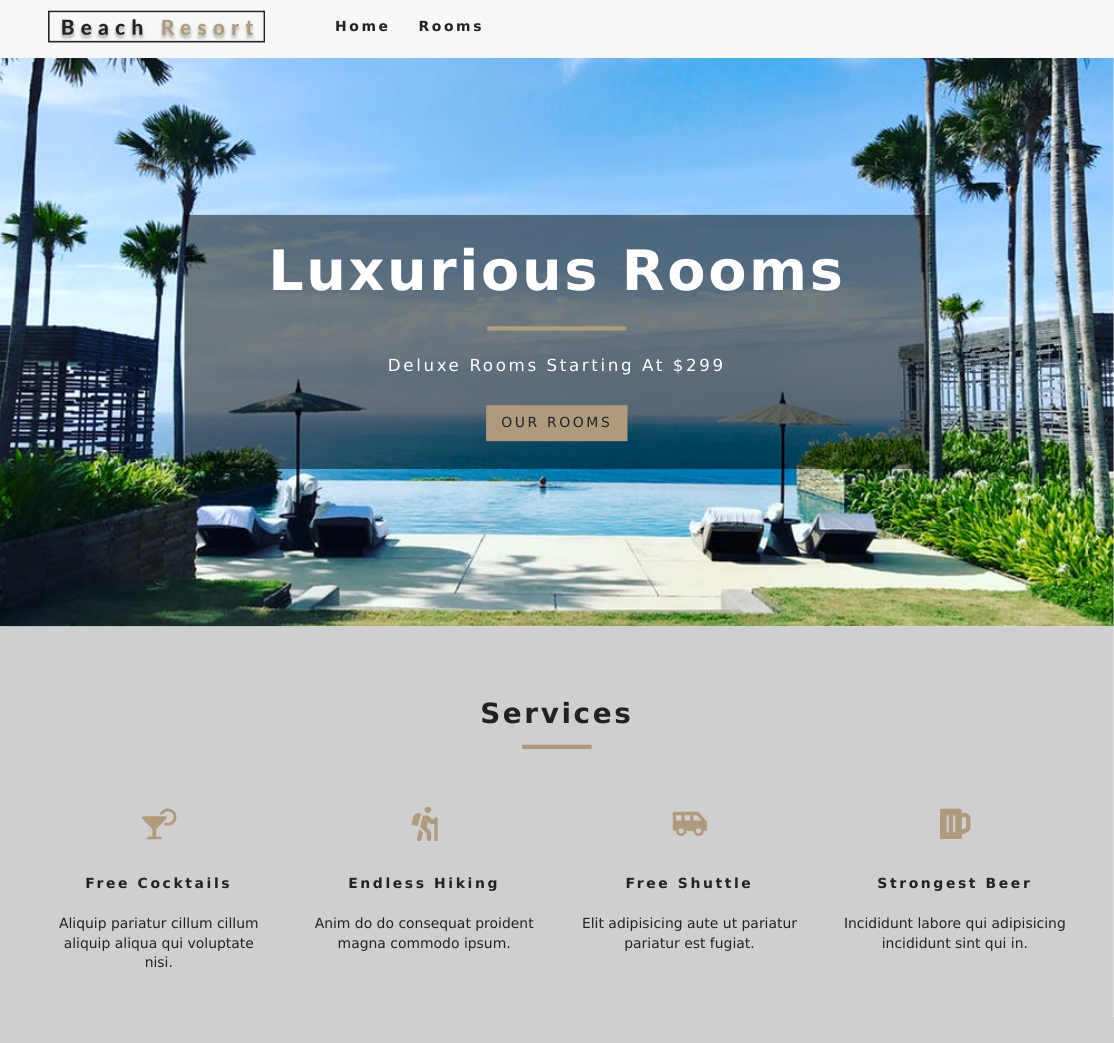
Repository: thanhn379/react-beach-resort
Page: /
The author's editor kept a copy of each file at every save. The page is drawn from the files as they stood at one save, then again after the next save.
The browser window is 1280 px wide. The pictures show the whole page, at 87% of full size.
The project was rebuilt for these pictures with package versions that can differ from the ones it lists, and the page was loaded fresh each time. Also part of the build but not shown: src/pages/Rooms.js, src/pages/SingleRoom.js, src/pages/Error.js.

Above is the page before, as saved 2019-11-14 05:13:12.

### public/index.html
<!DOCTYPE html>
<html lang="en">
  <head>
    <meta charset="utf-8" />
    <link rel="icon" href="%PUBLIC_URL%/favicon.ico" />
    <meta name="viewport" content="width=device-width, initial-scale=1" />
    <meta name="theme-color" content="#000000" />
    <meta
      name="description"
      content="Web site created using create-react-app"
    />
    <link rel="apple-touch-icon" href="logo192.png" />
    <!--
      manifest.json provides metadata used when your web app is installed on a
      user's mobile device or desktop. See https://developers.google.com/web/fundamentals/web-app-manifest/
    -->
    <link rel="manifest" href="%PUBLIC_URL%/manifest.json" />
    <!--
      Notice the use of %PUBLIC_URL% in the tags above.
      It will be replaced with the URL of the `public` folder during the build.
      Only files inside the `public` folder can be referenced from the HTML.

      Unlike "/favicon.ico" or "favicon.ico", "%PUBLIC_URL%/favicon.ico" will
      work correctly both with client-side routing and a non-root public URL.
      Learn how to configure a non-root public URL by running `npm run build`.
    -->
    <title>Resort recording</title>
  </head>
  <body>
    <noscript>You need to enable JavaScript to run this app.</noscript>
    <div id="root"></div>
    <!--
      This HTML file is a template.
      If you open it directly in the browser, you will see an empty page.

      You can add webfonts, meta tags, or analytics to this file.
      The build step will place the bundled scripts into the <body> tag.

      To begin the development, run `npm start` or `yarn start`.
      To create a production bundle, use `npm run build` or `yarn build`.
    -->
  </body>
</html>

### src/index.js
import React from "react";
import ReactDOM from "react-dom";
import { BrowserRouter as Router } from "react-router-dom";
// import './index.css';
import App from "./App";
import * as serviceWorker from "./serviceWorker";
import { RoomProvider } from "./context";

ReactDOM.render(
  <RoomProvider>
    <Router>
      <App />
    </Router>
  </RoomProvider>,
  document.getElementById("root")
);

// If you want your app to work offline and load faster, you can change
// unregister() to register() below. Note this comes with some pitfalls.
// Learn more about service workers: https://bit.ly/CRA-PWA
serviceWorker.unregister();

### src/App.js
import React from "react";
import "./App.css";

import NavBar from "./components/NavBar";

import Home from "./pages/Home";
import Rooms from "./pages/Rooms";
import SingleRoom from "./pages/SingleRoom";
import Error from "./pages/Error";

import { Route, Switch } from "react-router-dom";

function App() {
  return (
    <>
      <NavBar />
      <Switch>
        <Route exact path="/" component={Home} />
        <Route exact path="/rooms/" component={Rooms} />
        <Route exact path="/rooms/:slug/" component={SingleRoom} />
        <Route component={Error} />
      </Switch>
    </>
  );
}

export default App;

### src/context.js
import React, { Component } from "react";

const RoomContext = React.createContext();

class RoomProvider extends Component {
  state = {};
  render() {
    return (
      <RoomContext.Provider value="hello">
        {this.props.children}
      </RoomContext.Provider>
    );
  }
}

const RoomConsumer = RoomContext.Consumer;

export { RoomProvider, RoomConsumer, RoomContext };

### src/components/NavBar.js
import React, { Component } from "react";
import Logo from "../images/logo.svg";
import { FaAlignRight } from "react-icons/fa";
import { Link } from "react-router-dom";

export default class NavBar extends Component {
  state = {
    isOpen: false
  };
  handleToggle = () => {
    this.setState({ isOpen: !this.state.isOpen });
  };
  render() {
    return (
      <nav className="navbar">
        <div className="nav-center">
          <div className="nav-header">
            <Link to="/">
              <img src={Logo} alt="Beach Resort" />
            </Link>
            <button
              type="button"
              className="nav-btn"
              onClick={this.handleToggle}
            >
              <FaAlignRight className="nav-icon" />
            </button>
          </div>
          <ul
            className={this.state.isOpen ? "nav-links show-nav" : "nav-links"}
          >
            <li>
              <Link to="/">Home</Link>
            </li>
            <li>
              <Link to="/rooms">Rooms</Link>
            </li>
          </ul>
        </div>
      </nav>
    );
  }
}

### src/pages/Home.js
import React from "react";
import Hero from "../components/Hero";
import Banner from "../components/Banner";
import { Link } from "react-router-dom";
import Services from "../components/Services";

export default function Home() {
  return (
    <>
      <Hero>
        <Banner
          title="luxurious rooms"
          subtitle="deluxe rooms starting at $299"
        >
          <Link to="/rooms" className="btn-primary">
            our rooms
          </Link>
        </Banner>
      </Hero>
      <Services />
    </>
  );
}

### src/components/Services.js
import React, { Component } from "react";
import { FaCocktail, FaHiking, FaShuttleVan, FaBeer } from "react-icons/fa";
import Title from "./Title";

export default class Services extends Component {
  state = {
    services: [
      {
        icon: <FaCocktail />,
        title: "free cocktails",
        info:
          "Aliquip pariatur cillum cillum aliquip aliqua qui voluptate nisi."
      },
      {
        icon: <FaHiking />,
        title: "Endless Hiking",
        info: "Anim do do consequat proident magna commodo ipsum."
      },
      {
        icon: <FaShuttleVan />,
        title: "Free Shuttle",
        info: "Elit adipisicing aute ut pariatur pariatur est fugiat."
      },
      {
        icon: <FaBeer />,
        title: "Strongest Beer",
        info: "Incididunt labore qui adipisicing incididunt sint qui in."
      }
    ]
  };

  render() {
    return (
      <section className="services">
        <Title title="services" />

        <div className="services-center">
          {this.state.services.map((item, index) => {
            return (
              <article key={index} className="service">
                <span>{item.icon}</span>
                <h6>{item.title}</h6>
                <p>{item.info}</p>
              </article>
            );
          })}
        </div>
      </section>
    );
  }
}

### src/components/FeaturedRooms.js
import React, { Component } from 'react'

export default class FeaturedRooms extends Component {
  render() {
    return (
      <div>
        hello from featured rooms
      </div>
    )
  }
}

Loaded but not shown: src/serviceWorker.js (common file); src/App.css (common file); src/components/Hero.js (common file); src/components/Banner.js (common file); src/components/Title.js (common file)

After the next save:
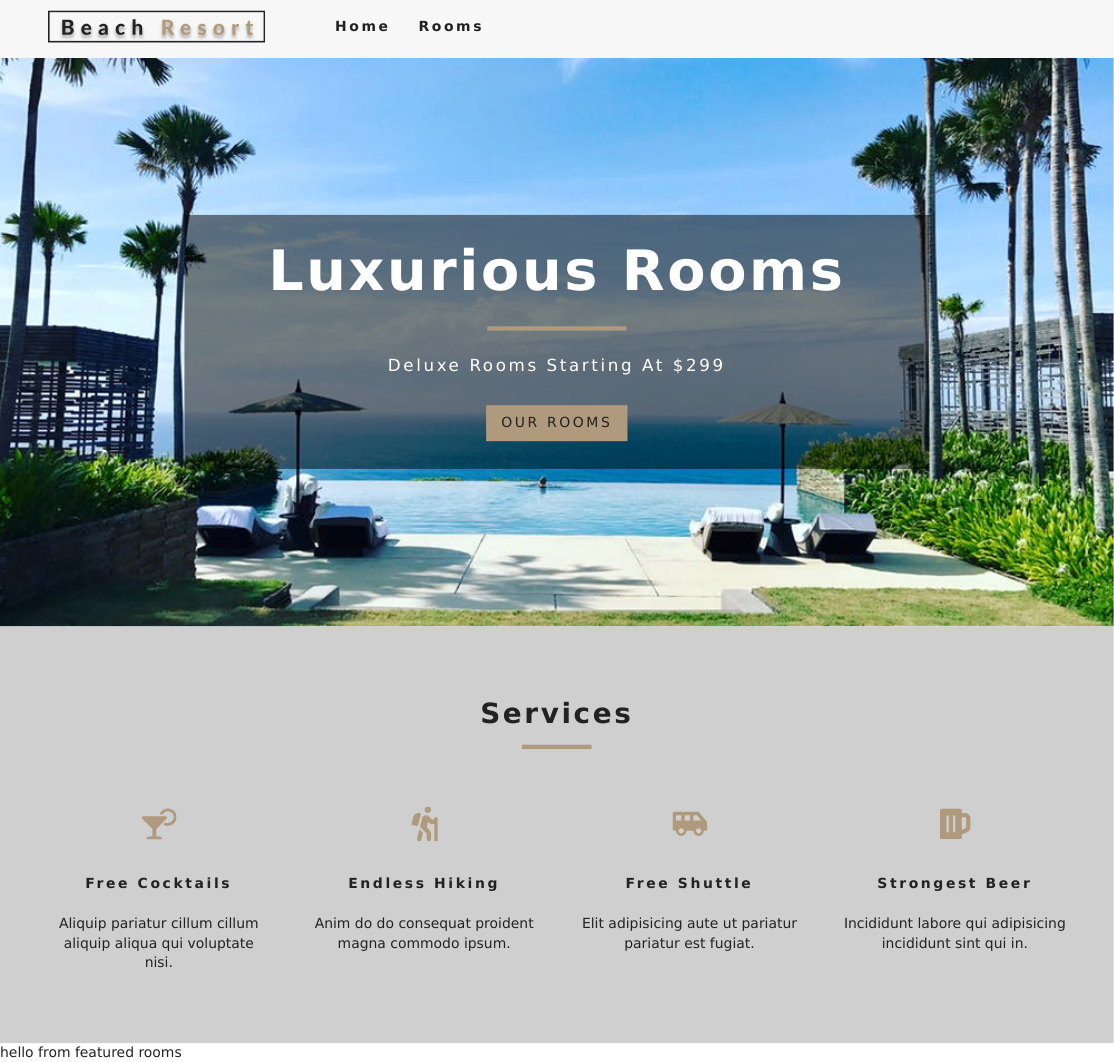
Saved 42 s later.
--- a/src/pages/Home.js
+++ b/src/pages/Home.js
@@ -3,6 +3,7 @@ import Hero from "../components/Hero";
 import Banner from "../components/Banner";
 import { Link } from "react-router-dom";
 import Services from "../components/Services";
+import FeaturedRooms from "../components/FeaturedRooms";
 
 export default function Home() {
   return (
@@ -18,6 +19,7 @@ export default function Home() {
         </Banner>
       </Hero>
       <Services />
+      <FeaturedRooms />
     </>
   );
 }
